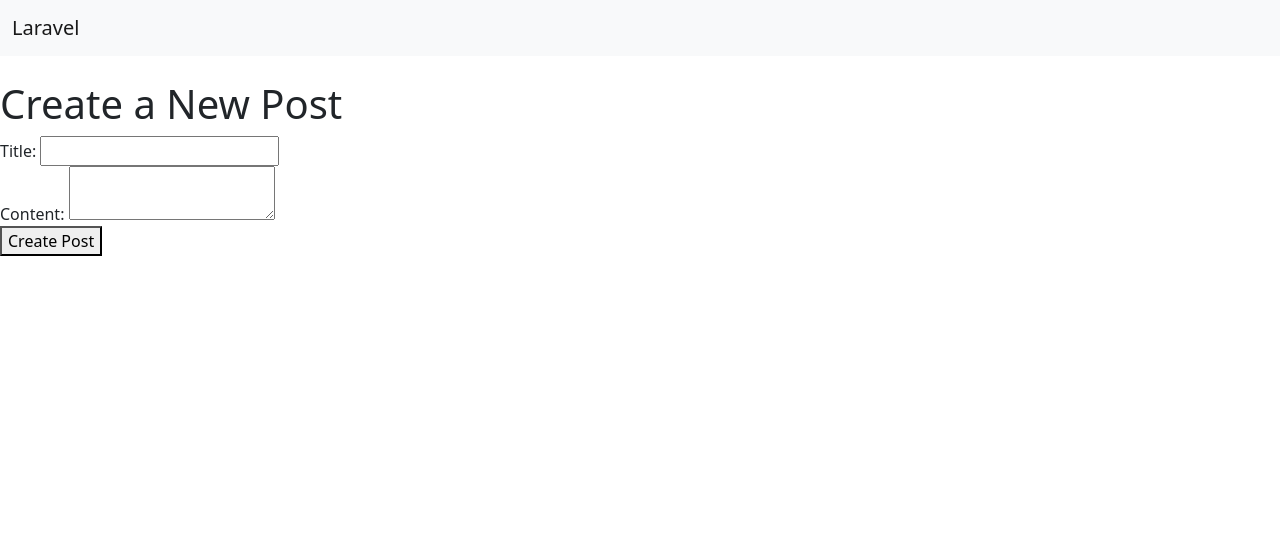
Repository: Abdulahi338/Authentication-using-laravel-11
Page: http://localhost/posts/create
These files come from the project's save history. The page is drawn as it stood at one moment and after the next save; the edit follows.
The browser window is 1280 px wide. The pictures show the whole page.
The page is served by the project's Laravel application, run on PHP 8.4 with Laravel 12. A made-up administrator, Test User (test@example.com), is signed in. Other server files are loaded and not shown.

Above is the page before, as saved 2024-10-16 10:43:58.

### routes/web.php
<?php


use Illuminate\Support\Facades\Route;
use App\Http\Controllers\AuthController;
use Illuminate\Support\Facades\Auth;

// Guest routes (not logged in)
Route::middleware('guest')->group(function () {
    // Home route
    Route::get('/', function () {
        return view('layouts.app');
    })->name('home');

    // Registration routes
    Route::get('/register', function () {
        return view('auth.register');
    })->name('register.form');

    Route::post('/register', [AuthController::class, 'register'])->name('register');

    // Login routes
    Route::get('/login', function () {
        return view('auth.login');
    })->name('login.form');

    Route::post('/login', [AuthController::class, 'login'])->name('login');

    // Password reset request routes
    Route::get('/password/reset', [AuthController::class, 'showResetRequestForm'])->name('password.request');
    Route::post('/password/email', [AuthController::class, 'sendResetLinkEmail'])->name('password.email');

    // Password reset routes
    Route::get('/password/reset/{token}/{email}', [AuthController::class, 'showResetForm'])->name('password.reset');
    Route::post('/password/reset', [AuthController::class, 'reset'])->name('password.update');
    Route::get('/verify-email/{token}', [AuthController::class, 'verifyEmail'])->name('verification.verify');



});

// Authenticated routes (users who are logged in)
Route::middleware('auth')->group(function () {
     // Email verification route

    // Verification notice route
    Route::get('/verification-notice', function () {
        return view('auth.verification-notice');
    })->name('verification.notice');
        // Resend verification route
        Route::post('/resend-verification', [AuthController::class, 'resendVerification'])->name('verification.resend');
    // Dashboard route
    Route::get('/dashboard', [AuthController::class, 'dashboard'])->name('dashboard');

    // Logout route
    Route::post('/logout', [AuthController::class, 'logout'])->name('logout');

});


use App\Http\Controllers\PostController;

Route::middleware(['auth', 'verified'])->group(function () {
    Route::get('/posts', [PostController::class, 'index'])->name('posts.index');
    Route::get('/posts/create', [PostController::class, 'create'])->name('posts.create');
    Route::post('/posts', [PostController::class, 'store'])->name('posts.store');
    Route::get('/posts/{post}/edit', [PostController::class, 'edit'])->name('posts.edit');
    Route::put('/posts/{post}', [PostController::class, 'update'])->name('posts.update');
    Route::delete('/posts/{post}', [PostController::class, 'destroy'])->name('posts.destroy');
});

### app/Models/User.php
<?php

namespace App\Models;

// use Illuminate\Contracts\Auth\MustVerifyEmail;
use Illuminate\Database\Eloquent\Factories\HasFactory;
use Illuminate\Foundation\Auth\User as Authenticatable;
use Illuminate\Notifications\Notifiable;

class User extends Authenticatable
{
    use HasFactory, Notifiable;

    /**
     * The attributes that are mass assignable.
     *
     * @var array<int, string>
     */
    // User.php
public function posts()
{
    return $this->hasMany(Post::class);
}


    protected $fillable = [
        'name',
        'email',
        'password',
    ];

    /**
     * The attributes that should be hidden for serialization.
     *
     * @var array<int, string>
     */
    protected $hidden = [
        'password',
        'remember_token',
    ];

    /**
     * Get the attributes that should be cast.
     *
     * @return array<string, string>
     */
    protected function casts(): array
    {
        return [
            'email_verified_at' => 'datetime',
            'password' => 'hashed',
        ];
    }
}

### app/Http/Controllers/PostController.php
<?php

namespace App\Http\Controllers;

use App\Models\Post;
use Illuminate\Http\Request;
use Illuminate\Support\Facades\Auth;
use Illuminate\Foundation\Auth\Access\AuthorizesRequests;

class PostController extends Controller
{
    // Use the AuthorizesRequests trait
    use AuthorizesRequests;

    // Display the user's posts
    public function index()
    {
        $posts = Auth::user()->posts;
        return view('posts.index', compact('posts'));
    }

    // Show the form to create a new post
    public function create()
    {
        return view('posts.create');
    }

    // Store a new post
    public function store(Request $request)
    {
        $request->validate([
            'title' => 'required|string|max:255',
            'content' => 'required',
        ]);

        Auth::user()->posts()->create([
            'title' => $request->title,
            'content' => $request->content,
        ]);

        return redirect()->route('posts.index')->with('success', 'Post created successfully.');
    }

    // Show the form to edit a post
    public function edit(Post $post)
    {
        // Authorization check
        $this->authorize('update', $post);
        return view('posts.edit', compact('post'));
    }

    // Update a post
    public function update(Request $request, Post $post)
    {
        // Authorization check
        $this->authorize('update', $post);

        $request->validate([
            'title' => 'required|string|max:255',
            'content' => 'required',
        ]);

        $post->update([
            'title' => $request->title,
            'content' => $request->content,
        ]);

        return redirect()->route('posts.index')->with('success', 'Post updated successfully.');
    }

    // Delete a post
    public function destroy(Post $post)
    {
        // Authorization check
        $this->authorize('delete', $post);
        $post->delete();

        return redirect()->route('posts.index')->with('success', 'Post deleted successfully.');
    }
}

### resources/views/posts/create.blade.php
<!-- resources/views/posts/create.blade.php -->

@extends('layouts.app')

@section('content')
    <h1>Create a New Post</h1>

    @if ($errors->any())
        <div>
            <ul>
                @foreach ($errors->all() as $error)
                    <li>{{ $error }}</li>
                @endforeach
            </ul>
        </div>
    @endif

    <form action="{{ route('posts.store') }}" method="POST">
        @csrf
        <div>
            <label for="title">Title:</label>
            <input type="text" name="title" id="title" value="{{ old('title') }}">
        </div>

        <div>
            <label for="content">Content:</label>
            <textarea name="content" id="content">{{ old('content') }}</textarea>
        </div>

        <div>
            <button type="submit">Create Post</button>
        </div>
    </form>
@endsection

### resources/views/layouts/app.blade.php
<!DOCTYPE html>
<html lang="en">
<head>
    <meta charset="UTF-8">
    <meta name="viewport" content="width=device-width, initial-scale=1.0">
    <title>{{ config('app.name', 'Laravel App') }}</title>
    <link href="https://cdn.jsdelivr.net/npm/bootstrap@5.1.3/dist/css/bootstrap.min.css" rel="stylesheet">
</head>
<body>
    <nav class="navbar navbar-expand-lg navbar-light bg-light">
        <div class="container-fluid">
            <a class="navbar-brand" href="{{ url('/') }}">{{ config('app.name', 'Laravel App') }}</a>
            <button class="navbar-toggler" type="button" data-bs-toggle="collapse" data-bs-target="#navbarNav" aria-controls="navbarNav" aria-expanded="false" aria-label="Toggle navigation">
                <span class="navbar-toggler-icon"></span>
            </button>
            <div class="collapse navbar-collapse" id="navbarNav">
                <ul class="navbar-nav ms-auto">
                    @guest
                        <li class="nav-item">
                            <a class="nav-link" href="{{ url('/login') }}">Login</a>
                        </li>
                        <li class="nav-item">
                            <a class="nav-link" href="{{ url('/register') }}">Register</a>
                        </li>
                    @endguest
                </ul>
            </div>
        </div>
    </nav>

    <div class="py-4">

        @yield('content')
    </div>

    <script src="https://cdn.jsdelivr.net/npm/bootstrap@5.1.3/dist/js/bootstrap.bundle.min.js"></script>
</body>
</html>

Loaded but not shown: app/Http/Controllers/Controller.php (common file)

After the next save:
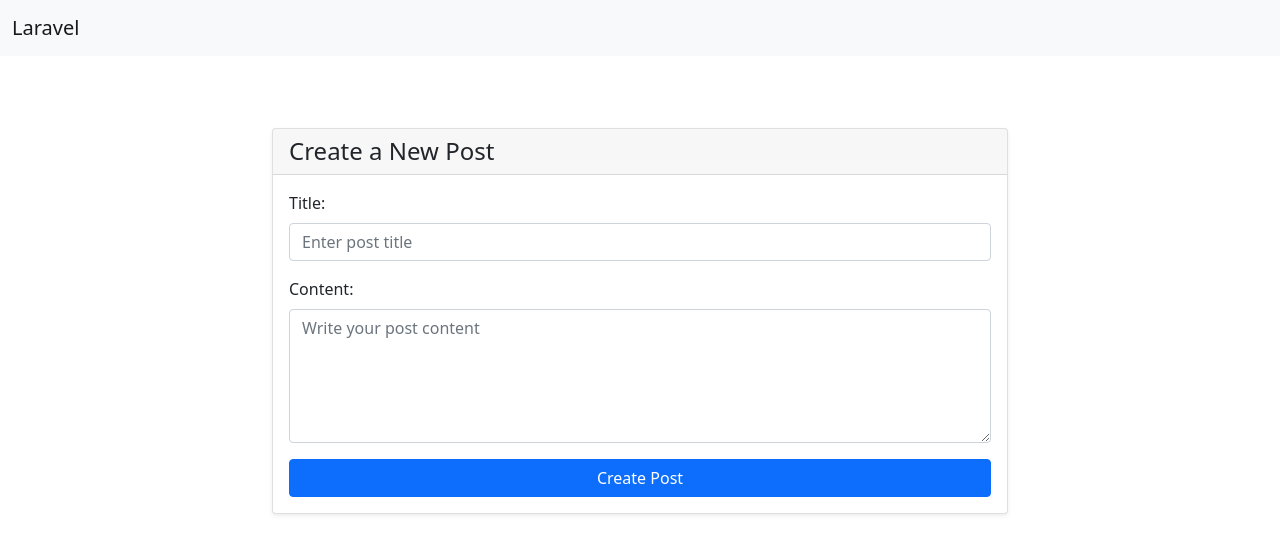
Saved 110 s later.
--- a/resources/views/posts/create.blade.php
+++ b/resources/views/posts/create.blade.php
@@ -3,32 +3,44 @@
 @extends('layouts.app')
 
 @section('content')
-    <h1>Create a New Post</h1>
+<div class="container mt-5">
+    <div class="row justify-content-center">
+        <div class="col-md-8">
+            <div class="card shadow-sm">
+                <div class="card-header">
+                    <h4 class="mb-0">Create a New Post</h4>
+                </div>
 
-    @if ($errors->any())
-        <div>
-            <ul>
-                @foreach ($errors->all() as $error)
-                    <li>{{ $error }}</li>
-                @endforeach
-            </ul>
+                <div class="card-body">
+                    @if ($errors->any())
+                        <div class="alert alert-danger">
+                            <ul class="mb-0">
+                                @foreach ($errors->all() as $error)
+                                    <li>{{ $error }}</li>
+                                @endforeach
+                            </ul>
+                        </div>
+                    @endif
+
+                    <form action="{{ route('posts.store') }}" method="POST">
+                        @csrf
+                        <div class="mb-3">
+                            <label for="title" class="form-label">Title:</label>
+                            <input type="text" name="title" id="title" class="form-control" value="{{ old('title') }}" placeholder="Enter post title">
+                        </div>
+
+                        <div class="mb-3">
+                            <label for="content" class="form-label">Content:</label>
+                            <textarea name="content" id="content" class="form-control" rows="5" placeholder="Write your post content">{{ old('content') }}</textarea>
+                        </div>
+
+                        <div class="d-grid gap-2">
+                            <button type="submit" class="btn btn-primary btn-block">Create Post</button>
+                        </div>
+                    </form>
+                </div>
+            </div>
         </div>
-    @endif
-
-    <form action="{{ route('posts.store') }}" method="POST">
-        @csrf
-        <div>
-            <label for="title">Title:</label>
-            <input type="text" name="title" id="title" value="{{ old('title') }}">
-        </div>
-
-        <div>
-            <label for="content">Content:</label>
-            <textarea name="content" id="content">{{ old('content') }}</textarea>
-        </div>
-
-        <div>
-            <button type="submit">Create Post</button>
-        </div>
-    </form>
+    </div>
+</div>
 @endsection
